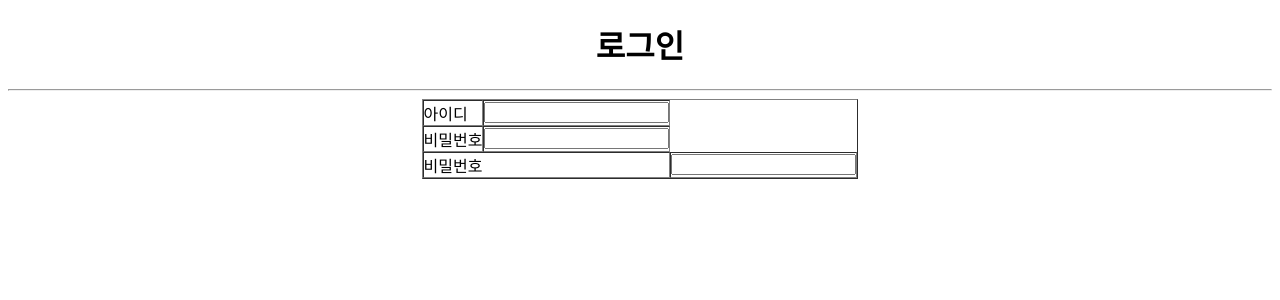
Repository: Mockingbirs/src
Page: http://localhost/ch11_SpringMVC_Board/login.jsp
These files come from the project's save history. The page is drawn as it stood at one moment and after the next save; the edit follows.
The browser window is 1280 px wide. The pictures show the whole page.
The page is served by Tomcat 9. Nobody is signed in. The application's start-up code is not run.

Above is the page before, as saved 2022-09-14 07:46:51.

After the next save:
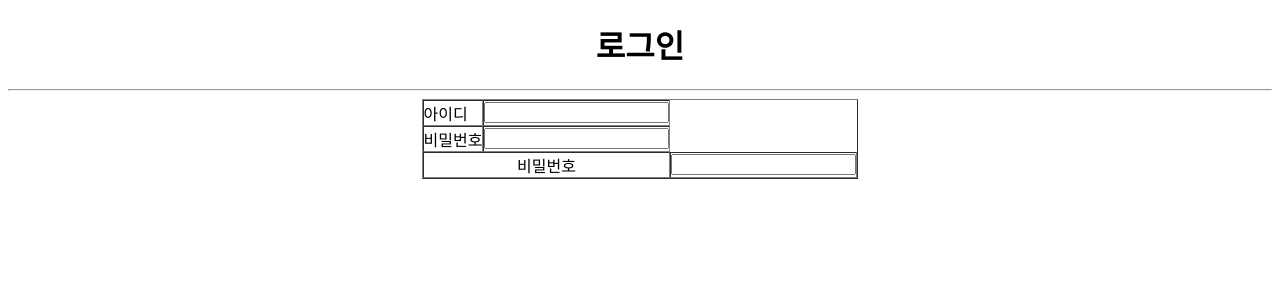
Saved 16 s later.
--- a/ch11_SpringMVC_Board/src/main/webapp/login.jsp
+++ b/ch11_SpringMVC_Board/src/main/webapp/login.jsp
@@ -23,7 +23,7 @@
 			</tr>
 
 			<tr>
-				<td colspan="2">비밀번호</td>
+				<td colspan="2" align="center">비밀번호</td>
 				<td><input type="password" name="password" /></td>
 			</tr>
 
